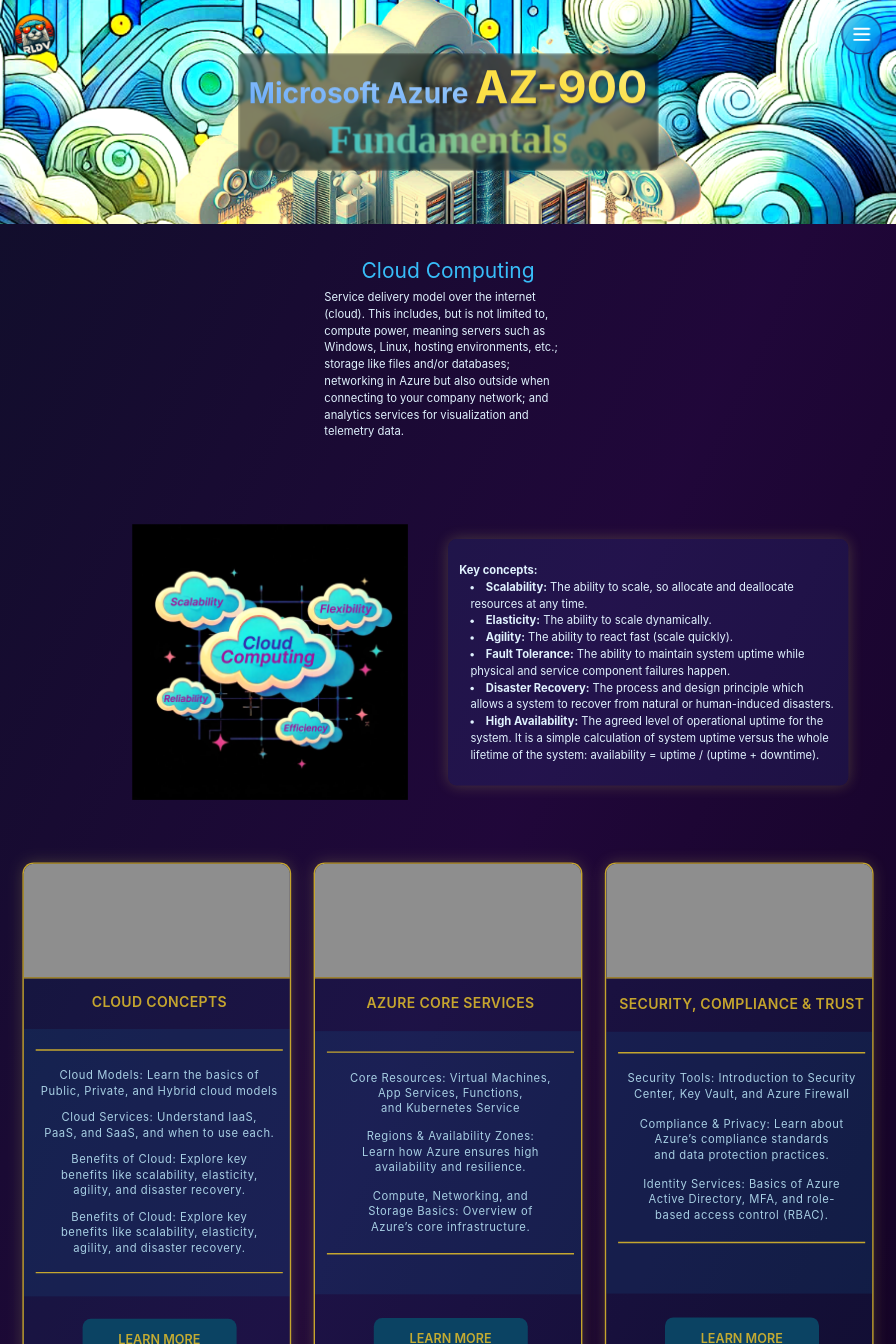
Repository: Freezler/az-900_svelte5
Page: /
The author's editor kept a copy of each file at every save. The page is drawn from the files as they stood at one save, then again after the next save.
The browser window is 1280 px wide. The pictures show the part of the page from y = 0 to 1920 px (the page is 2710 px tall), at 70% of full size.
Pictures or frames that could not be fetched are drawn as grey boxes. The project was rebuilt for these pictures with package versions that can differ from the ones it lists, and the page was loaded fresh each time. The framework's server and built-in components were replaced by stand-ins that run in the browser. Also part of the build but not shown: vite.config.ts.

Above is the page before, as saved 2024-11-10 10:51:27.

### src/app.html
<!doctype html>
<html lang="en">
	<head>
		<meta charset="utf-8" />
		<link rel="icon" href="%sveltekit.assets%/favicon.png" />
		<meta name="viewport" content="width=device-width, initial-scale=1" />
		%sveltekit.head%
	</head>
	<body data-sveltekit-preload-data="hover" >
		<div style="display: contents">%sveltekit.body%</div>
	</body>
</html>

### src/routes/+layout.svelte
<script lang="ts">
	import '../app.css';
	let { children } = $props();

</script>

<div class="bg-gradient-to-br from-[#0d0c28fc] via-[#1b0135f9] to-[#10021e] bg-cover bg-center bg-no-repeat ">{@render children()}</div>

### src/routes/+page.svelte
<script lang="ts">
	import ComputingArticle from '../components/ComputingArticle.svelte';

	import Toggle from '../components/Toggle.svelte';
	import Header from '../components/Header.svelte';
	import Popover from '../components/Menu.svelte';
	import Cards from '../components/Cards.svelte';
	import Login from '../components/Login.svelte';
</script>

<header class="">
	<Popover />
	<Header />
</header>
<main>
	<section>
		<ComputingArticle />
		<Cards />
	</section>
	<aside><Toggle /></aside>
	<footer><Login /></footer>
</main>

### src/app.css
@tailwind base;
@tailwind components;
@tailwind utilities;

:root {
  --text-color  : rgba(244, 205, 48, 0.888);
  --bg-color    : hsla(217, 87%, 3%, 0.298);
  --bg-color2   : hsla(299, 91%, 31%, 0.974);
  --bg-gradient : 135deg, rgba(237, 249, 10, .7) 0%, rgba(216, 204, 37, 0.7) 35%, rgba(0, 212, 255, 0.7) 100%;
  --bg-gradient2: 90deg, rgba(216, 204, 37, 0.5) 0%, rgba(0, 212, 255, 0.5) 70%;
}

* {
  margin     : 0;
  padding    : 0;
  box-sizing : border-box;
  user-select: none;
  /* outline : 1px dotted red; */
}

body {
  font-family: 'Inter', sans-serif;


}

### src/components/ComputingArticle.svelte
<div class="grid items-center justify-center gap-2 place-self-center text-sky-100 w-[35ch] pt-12">
	<h2 class="text-3xl text-center text-sky-400">Cloud Computing</h2>
	<p>
		Service delivery model over the internet (cloud). This includes, but is not limited to, compute
		power, meaning servers such as Windows, Linux, hosting environments, etc.; storage like files
		and/or databases; networking in Azure but also outside when connecting to your company network;
		and analytics services for visualization and telemetry data.
	</p>
</div>

<section class="grid items-center grid-cols-1 lg:grid-cols-2 justify-center place-items-center place-self-center place-content-center gap-0	z-10 text-start">
	<img
		src="../public/images/cloud.png"
		alt="cloudSolutions"
		loading="lazy"

		class=" text-sky-100 w-full md:w-[572px]  mx-auto rounded-2xl overflow-hidden p-8 m-0"
	/>
	<article
		class=" bg-blue-500/10  text-sky-100 px-4 py-8 w-[572px] mt-16 rounded-xl shadow-[0_0px_22px_rgba(255,255,99,0.2)]"
	>
		<p><strong>Key concepts:</strong></p>
		<ul class="list-inside list-disc pl-4">
			<li>
				<strong>Scalability:</strong> The ability to scale, so allocate and deallocate resources at any
				time.
			</li>
			<li><strong>Elasticity:</strong> The ability to scale dynamically.</li>
			<li><strong>Agility:</strong> The ability to react fast (scale quickly).</li>
			<li>
				<strong>Fault Tolerance:</strong> The ability to maintain system uptime while physical and service
				component failures happen.
			</li>
			<li>
				<strong>Disaster Recovery:</strong> The process and design principle which allows a system to
				recover from natural or human-induced disasters.
			</li>
			<li>
				<strong>High Availability:</strong> The agreed level of operational uptime for the system. It
				is a simple calculation of system uptime versus the whole lifetime of the system: availability
				= uptime / (uptime + downtime).
			</li>
		</ul>
	</article>
</section>

### src/components/Toggle.svelte
<script lang="ts">

	let name = $state('Randy');
	let status: 'DARK' | 'LIGHT' = $state('DARK');
	let full_name = $derived(name + ' ' + 'de vries');

	function toggle() {
		status = status === 'DARK' ? 'LIGHT' : 'DARK';
	}

	function onclick() {
		status = status === 'DARK' ? 'LIGHT' : 'DARK';
		window.document.body.classList.toggle('dark-mode')
	}
</script>

<div class="max-w-[400px] mx-auto grid place-items-center items-center justify-center gap-2 border-2 p-4  py-8 my-4 bg-yellow-600/10">
		<p class="text-2xl font-serif text-white ">
			set theme: <span class="font-sans {status === 'LIGHT' ? 'text-gray-200' : 'text-red-900'}">{status}</span>
		</p>

		<!-- <button on:click={toggle}>toggle status</button> -->
		<button
			class=" w-[176px] rounded bg-blue-500 px-4 py-2 font-bold text-white hover:bg-blue-700 active:scale-[.98]"
			type="button"
			onclick={toggle}>Toggle theme</button
		>
	</div>

### src/components/Header.svelte
<script lang="ts">
	// Declare props
	let { name = 'AZ-900' } = $props();

	// Local state for the surname
	let surname = $state('Fundamentals');

	// Derived state for the full name
	let full_name = $derived(`${name} ${surname}`);
</script>

<div
	class="max-w-[100svw] z-100 mx-auto grid h-80 place-content-center place-items-center items-center justify-center bg-[url('/public/images/headImage.png')] bg-cover bg-top"
>
	<div class="grid backdrop-blur-[2px] px-4 rounded-lg backdrop-brightness-[.50] pb-4">
		<h1
			class="shadow-[rgba(7, 25, 224, 0.9)] drop bg-clip-text text-center text-[clamp(1rem,5vw,2.5rem)] font-bold text-transparent bg-gradient-to-tr from-blue-400 via-blue-300 to-blue-700  drop-shadow-[-2px_2px_2px_rgba(137, 25, 224, 0.9)]"
		>
			Microsoft Azure <span
				class="bg-gradient-to-tr from-yellow-300 via-yellow-300 to-yellow-200 bg-clip-text text-[clamp(2.8rem,5vw,8.5rem)] font-bold text-transparent drop-shadow-[2px_4px_2px_rgba(36,50,100,0.9)]"
				>{name}</span
			>
		</h1>
		<h3
			class="bg-clip-text text-6xl text-center text-[clamp(1rem,5vw,3.5rem)] font-[700] font-[montserrat] bg-gradient-to-r from-[hsl(192,88%,51%)] via-[--hsl(192,88%,71%)] to-[--text-color]  pb- text-transparent drop-shadow-[2px_4px_32px_rgba(6,100,150,0.9)] backdrop-brightness-[.90] "
		>
			{surname}
		</h3>
	</div>
</div>

### src/components/Menu.svelte
<script lang="ts">
	import { cubicInOut } from 'svelte/easing';
	import { fly } from 'svelte/transition';
	let showMenu: boolean = $state(false);


</script>

	<!-- Your existing code -->

<img
	src="/public/images/Design 2.png"
	alt="Ran form Logo"
	class="fixed left-[16px] top-[16px] w-[64px] rounded-full z-[200]"
/>
<button
	onclick={() => (showMenu = !showMenu)}
	class="fixed right-[20px] top-[20px] flex  h-[58px] w-[58px] items-center justify-center rounded-full bg-blue-600/20 backdrop-blur text-white border-2 border-blue-900"
>
	<svg
		xmlns="http://www.w3.org/2000/svg"
		class="h-8 w-8"
		fill="none"
		viewBox="0 0 24 24"
		stroke="currentColor"
	>
		{#if showMenu}
			<path
				stroke-linecap="round"
				stroke-linejoin="round"
				stroke-width="2"
				d="M6 18L18 6M6 6l12 12"
			/>
		{:else}
			<path
				stroke-linecap="round"
				stroke-linejoin="round"
				stroke-width="2"
				d="M4 6h16M4 12h16M4 18h16"
			/>
		{/if}
	</svg>
</button>

{#if showMenu}
	<ul
		class="items-center justify-center fixed bottom-0 right-0 z-100 grid h-[50vh] w-[100vw] border-t border-blue-900 place-content-center bg-blue-600/20 backdrop-blur text-white uppercase text-center text-xl z-[200]"
		transition:fly={{ y: 100, duration: 420, easing: cubicInOut }}
	>
		<li class="px-2 py-4 w-[80vw] underline underline-offset-4 transition-colors ease-linear duration-400 hover:bg-blue-600/20 rounded-t-lg  bg-blue-200/30">
			<a href="/">Home</a>
		</li>
		<li class=" px-2 py-4 transition-colors hover:underline underline-offset-4  ease-linear duration-400 hover:bg-blue-600/20  bg-blue-200/30">
			<a href="/concepts">Concepts</a>
		</li>
		<li class=" px-2 py-4 transition-colors hover:underline underline-offset-4 ease-linear duration-400 hover:bg-blue-600/20  bg-blue-200/30">
			<a href="/security">Security</a>
		</li>
		<li class="px-2 py-4 transition-colors  hover:underline underline-offset-4 ease-linear duration-400 hover:bg-blue-600/20 rounded-b-lg  bg-blue-200/30">
			<a href="/services">Services</a>
		</li>
	</ul>
{/if}

### src/components/Cards.svelte
<script>
	import { goto } from '$app/navigation';
	// Define your plans as an array of objects
	const concepts = [
		{
			url: 'concepts',
			image:
				'https://learn.microsoft.com/training/achievements/microsoft-azure-fundamentals-describe-cloud-concepts-social.png',
			name: 'Cloud Concepts',
			features: [
				'Cloud Models: Learn the basics of Public, Private, and Hybrid cloud models',
				'Cloud Services: Understand IaaS, PaaS, and SaaS, and when to use each.',
				'Benefits of Cloud: Explore key benefits like scalability, elasticity, agility, and disaster recovery.',
				'Benefits of Cloud: Explore key benefits like scalability, elasticity, agility, and disaster recovery.'

			]
		},
		{
			url: 'services',
			image:
				'https://images.unsplash.com/photo-1667372459510-55b5e2087cd0?q=80&w=1932&auto=format&fit=crop&ixlib=rb-4.0.3&ixid=M3wxMjA3fDB8MHxwaG90by1wYWdlfHx8fGVufDB8fHx8fA%3D%3D',
			name: 'Azure Core Services',
			features: [
				'Core Resources: Virtual Machines, App Services, Functions, and Kubernetes Service',
				'Regions & Availability Zones: Learn how Azure ensures high availability and resilience.',
				'Compute, Networking, and Storage Basics: Overview of Azure’s core infrastructure.'
			]
		},
		{
			url: 'security',
			image:
				'https://plus.unsplash.com/premium_photo-1700830452756-1a3f4314e564?q=80&w=1674&auto=format&fit=crop&ixlib=rb-4.0.3&ixid=M3wxMjA3fDB8MHxwaG90by1wYWdlfHx8fGVufDB8fHx8fA%3D%3D',
			name: 'Security, Compliance & Trust',
			features: [
				'Security Tools: Introduction to Security Center, Key Vault, and Azure Firewall',
				'Compliance & Privacy: Learn about Azure’s compliance standards and data protection practices.',
				'Identity Services: Basics of Azure Active Directory, MFA, and role-based access control (RBAC).'
			]
		}
	];
</script>

<section
	class="z-10 grid grid-rows-1 gap-8 py-8 md:grid-cols-2 md:gap-8 md:px-8 xl:grid-cols-3"
>
	{#each concepts as concept}
		<div
			class=" pt-1  grid grid-rows-[148px_64px_auto_auto] place-items-center overflow-hidden rounded-2xl border-2 border-[--text-color] bg-sky-600/10 pb-9 shadow-[0_0px_22px_rgba(255,255,99,0.2)] brightness-90 transition duration-700 hover:scale-[1.001] hover:border-[hsla(184,69%,60%,1)] hover:shadow-[2px_6px_12px_rgba(22,125,22,0.9)]"
		>
			<img
				src={concept.image}
				class=" z-10 h-[172px] pt-2  w-full border-b-2 border-[--text-color] object-cover object-center hover:border-[hsla(184,69%,60%,1)]"
				loading="lazy"
				alt="concept"
			/>
			<div class="row-span-2 grid grid-cols-subgrid place-items-center items-center justify-center">
				<h2 class="] mt-[28px] text-xl font-semibold uppercase tracking-wide text-[--text-color]">
					{concept.name}
				</h2>
			</div>

			<div
				class=" row-span-12 my-5 w-full grid grid-rows-subgrid place-items-start items-start gap-4 text-pretty border border-transparent bg-sky-500/10 px-4 pt-7 pb-6 text-center"
			>
				{#each concept.features as feature}
					<h3
						class="border-b-1 mx-auto  grid w-[35ch]  grid-rows-subgrid text-balance border-[--text-color] px-0 text-[14px] font-normal leading-snug tracking-wider text-sky-200 py-0 first:border-t-2 first:pt-6 last:pb-6 last:border-b-2 lg:text-[16px] border-s-fuchsia-400 ">
						{feature}
					</h3>
				{/each}
			</div>
			<button
				type="button"
				class="mx-auto mt-3 w-[220px] grid-cols-subgrid rounded-xl border-[2px_solid_var(--text-color)] bg-sky-900 px-8 py-4 text-base font-semibold uppercase text-[--text-color] transition duration-[420ms] hover:bg-sky-500 hover:text-white hover:shadow-[2px_2px_22px_rgb(65,183,255,0.9)] md:text-lg lg:text-lg"
				><a href="/{concept.url}">Learn more</a></button
			>
		</div>
	{/each}
</section>

### src/components/Login.svelte
<script>
	import { onMount } from 'svelte';
	let user = $state('Stranger');
	/**
	 * @param {any} response
	 */
	function googleLoginEndpoint(response) {
	  console.log('Google login successful:', response);
	}

	// onMount(() => {
	//   const script = document.createElement("script");
	//   script.src = "https://accounts.google.com/gsi/client";
	//   script.async = true;
	//   script.defer = true;
	//   document.head.appendChild(script);
	// });
</script>

<div class="relative flex min-h-[60vh] items-center justify-center py-16 ">
	<div class="flex w-full max-w-4xl flex-col overflow-hidden rounded-lg shadow-lg md:flex-row">
		<!-- Left side: Logo and Welcome message -->
		<div
			class="flex flex-col items-center justify-center bg-[url('/public/images/headImage.png')] bg-cover bg-center object-cover p-14 text-white md:w-1/2 "
		>
			<img
				src="/public/images/Design 2.png"
				alt="Ran form Logo"
				class="mb-4 h-40 w-40 rounded-full"
			/>
			<h2 class="text-2xl font-semibold p-2 rounded-xl bg-slate-600/50  ">Good Evening {user}!</h2>
			<p class="mt-2 text-center text-lg rounded-xl bg-slate-600/50  p-2 ">Log in to your account!</p>
		</div>

		<!-- Right side: Login Form -->
		<div
			class="flex flex-col items-center justify-center  h-[50vh] bg-blue-600/40 backdrop-blur pt-8 "
		>
			<!-- Google Login Button -->
			<div
				id="g_id_onload"
				data-client_id="YOUR_GOOGLE_CLIENT_ID"
				data-context="signin"
				data-callback="googleLoginEndpoint"
				data-close_on_tap_outside="false"
				data-prompt_parent_id="g_id_onload"
			></div>

			<button
				class="flex w-3/5 items-center justify-center space-x-2 rounded-full border border-gray-300 bg-white py-2 shadow-md hover:bg-gray-50 focus:outline-none"
			>
				<span class="fab fa-google text-gray-500"></span>
				<span class="text-gray-700">Continue with Google</span>
			</button>

			<!-- Divider -->
			<div class="my-4 flex w-full items-center">
				<hr class="flex-grow border-t border-gray-300" />
				<span class="px-3 text-gray-500">OR</span>
				<hr class="flex-grow border-t border-gray-300" />
			</div>

			<!-- Email Login Button -->
			<button
				class="flex w-3/5 items-center justify-center space-x-2 rounded-full border border-gray-300 bg-white py-2 shadow-md hover:bg-gray-50 focus:outline-none"
			>
				<span class="fa fa-user text-gray-500"></span>
				<span class="text-gray-700">Enter Email & Password</span>
			</button>

			<!-- Sign up and Terms Links -->
			<div class=" w-full text-center">
				<p class="text-sm text-red-300">
					Don't have an account? <a href="_blank" class="text-blue-600 hover:underline">Sign up</a>
				</p>
				<p class="mt-0 text-xs text-gray-500 w-[50ch]">
					By continuing, you agree to our <a href="_blank" target="_blank" class="hover:underline"
						>Terms of Service</a
					>
					and
					<a href="_blank" target="_blank" class="hover:underline">Privacy Policy</a>.
				</p>
			</div>
		</div>
	</div>
</div>

### tailwind.config.ts
import aspectRatio from '@tailwindcss/aspect-ratio';
import containerQueries from '@tailwindcss/container-queries';
import forms from '@tailwindcss/forms';
import typography from '@tailwindcss/typography';
// import type { Config } from 'tailwindcss';

export default {
	content: ['./src/**/*.{html,js,svelte,ts}'],


	theme: {
		extend: {
			animation: {



			},

			keyframes: {

			}

		}
	},

	plugins: [typography, forms, containerQueries, aspectRatio]
}

After the next save:
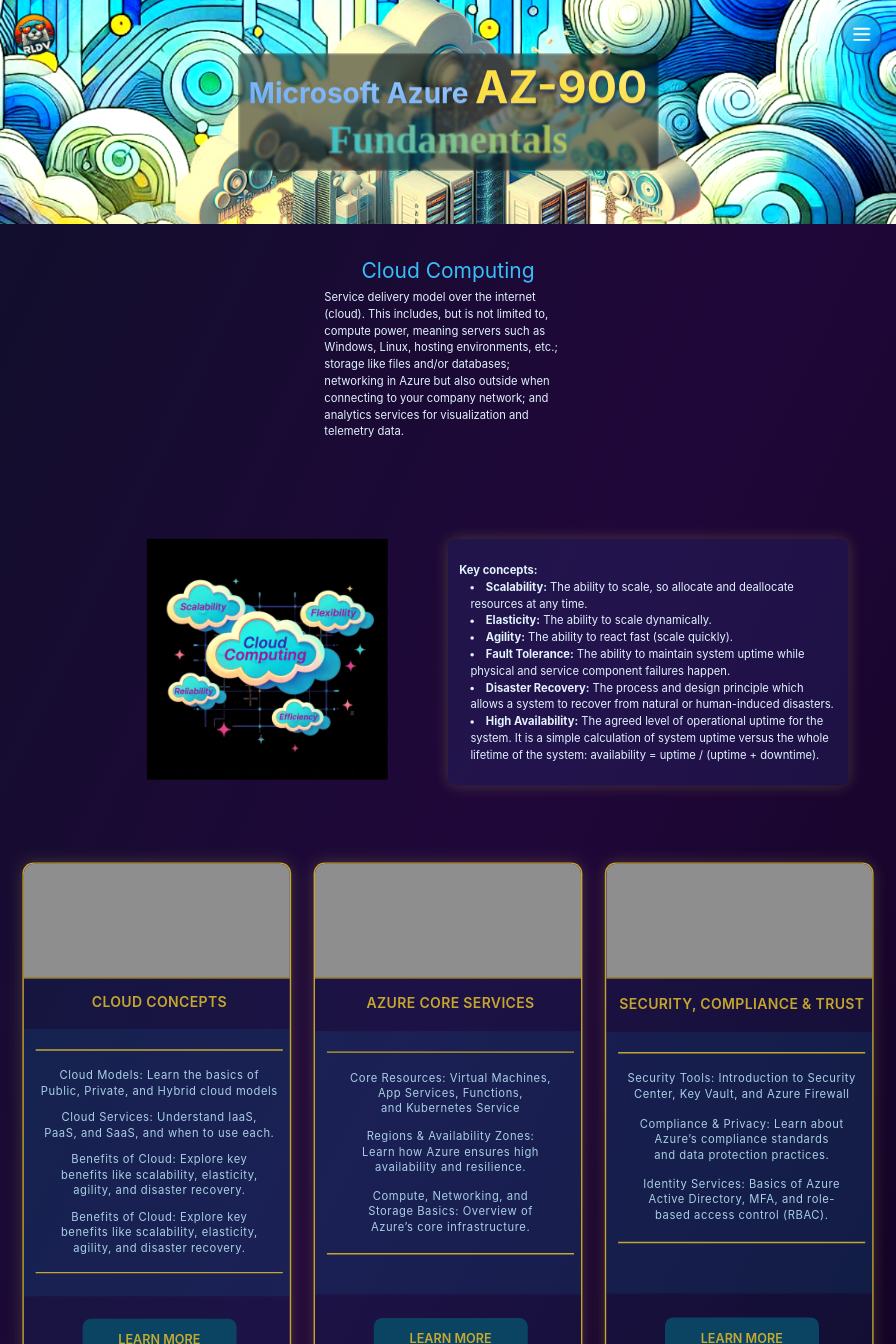
Saved 5 s later.
--- a/src/components/ComputingArticle.svelte
+++ b/src/components/ComputingArticle.svelte
@@ -14,7 +14,7 @@
 		alt="cloudSolutions"
 		loading="lazy"
 
-		class=" text-sky-100 w-full md:w-[572px]  mx-auto rounded-2xl overflow-hidden p-8 m-0"
+		class=" text-sky-100 w-full md:w-[572px]  mx-auto rounded-2xl overflow-hidden p-16 m-0"
 	/>
 	<article
 		class=" bg-blue-500/10  text-sky-100 px-4 py-8 w-[572px] mt-16 rounded-xl shadow-[0_0px_22px_rgba(255,255,99,0.2)]"
